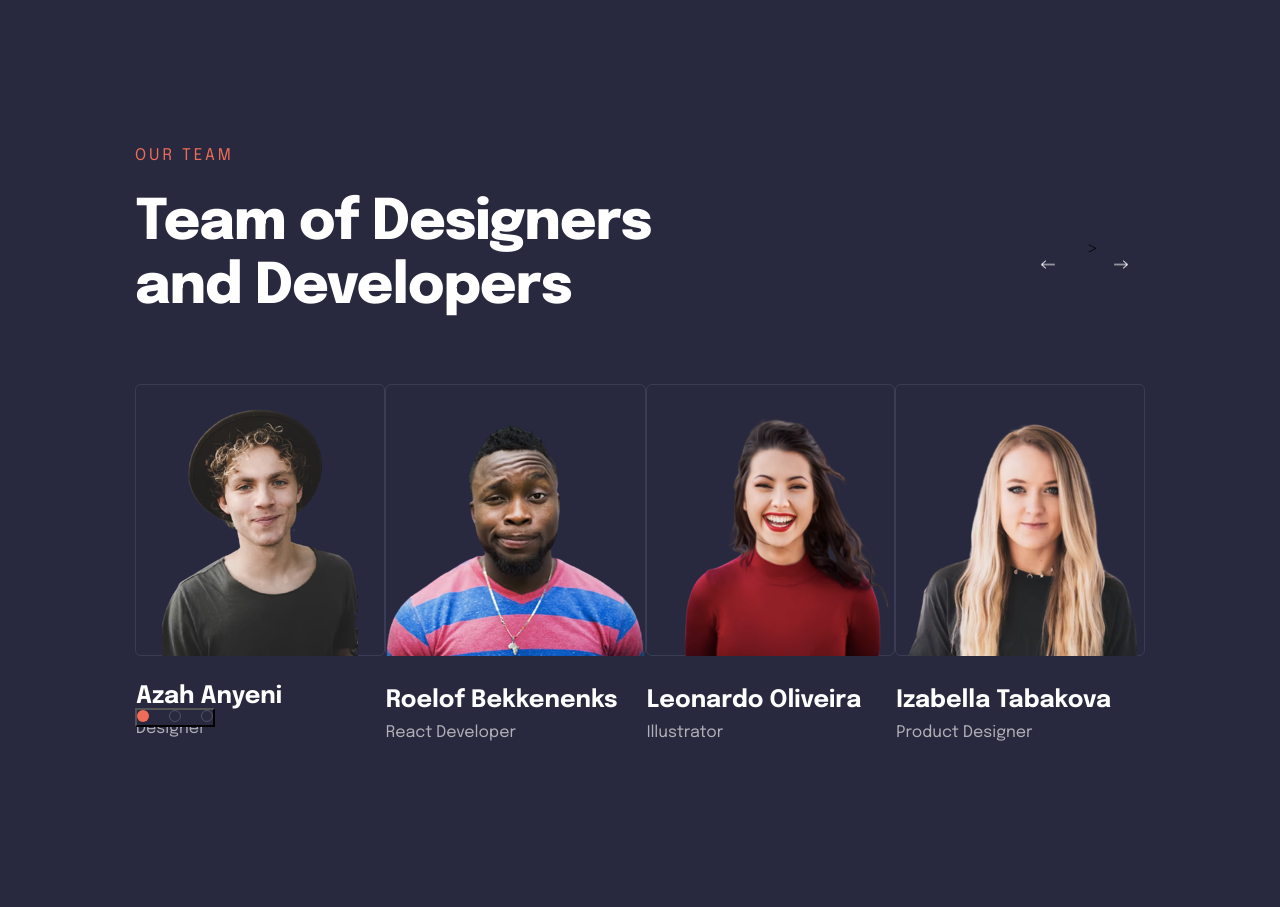
Repository: NatiqSamiyev/next-figma-project
Page: index.html
An editor plug-in stored every save of this project. The page is shown before and after a run of saves, followed by the edit.
The browser window is 1280 px wide. The pictures show the whole page.

Above is the page before, as saved 2023-08-21 15:34:15.

### index.html
<!DOCTYPE html>
<html lang="en">
<head>
    <meta charset="UTF-8">
    <meta name="viewport" content="width=device-width, initial-scale=1.0">
    <title>Document</title>
    <link rel="stylesheet" href="index.css">
</head>
<body>

    <div class="container">
        <div class="top-container">

            <div class="left">
                <h1>Our Team</h1>
                <h2>
                    Team of Designers
                    and Developers
                </h2>

            </div>

            <div class="right">

                    <button class="btn-1">
                        <img src="./image/Path.png" alt="">
                    </button>


              >
                    <button class="btn-2">
                        <img src="./image/Path (1).png" alt="">
                    </button>


            </div>
        </div>


        <div class="image-box">
            <ul>
                <li class="first-child">
                    <img src="./image/Bitmap.svg" alt="">
                    <h3>Azah Anyeni</h3>
                    <p>Designer</p>
                </li>

                <li class="nth-child(2)">
                    <img src="./image/Bitmap (1).svg" alt="">
                    <h3>Roelof Bekkenenks</h3>
                    <p>React Developer</p>
                </li>

                <li class="nth-child(3)">
                    <img src="./image/Bitmap (2).svg" alt="">
                    <h3>Leonardo Oliveira</h3>
                    <p>Illustrator</p>
                </li>

                <li class="last-child">
                    <img src="./image/Bitmap (3).svg" alt="">
                    <h3>Izabella Tabakova</h3>
                    <p>Product Designer</p>
                </li>
            </ul>

        </div>

        <div class="bottom-container">
            <button>
                <img src="./image/pins.svg" alt="">
            </button>

        </div>


</body>
</html>

### index.css
@import url('https://fonts.googleapis.com/css2?family=Epilogue:wght@400;700;800&display=swap');
*{
    margin: 0;
    padding: 0;
    box-sizing: border-box;
}

.container{
    width: 100%;
    padding: 140px 135px 180px 135px;
    background-color: #28293E;

}

.top-container{
    display: flex;
    justify-content: space-between;

}

.left{
    width: 531px;
}

.left h1{
    color: var(--text-light-accent, #EF6D58);
    font-feature-settings: 'clig' off, 'liga' off;
    font-family: Epilogue;
    font-size: 16px;
    font-style: normal;
    font-weight: 400;
    line-height: 32px;
    letter-spacing: 3px;
    text-transform: uppercase;

}

.left h2{
    color: var(--text-light, #FFF);
    font-feature-settings: 'clig' off, 'liga' off;
    font-family: Epilogue;
    font-size: 56px;
    font-style: normal;
    font-weight: 800;
    line-height: 64px;
    letter-spacing: -1px;
    margin-top: 20px;

}

.right{
    display: flex;
    margin-top: 100px;
}

.right .btn-1{
    margin-right: 16px;


}

.right button{
    border: none;
    border-radius: 25px;
    width: 48px;
    height: 48px;
    background-color: #28293E;
}


.right  img{
    width: 14.001px;
    height: 9.001px;
    fill: #FFF;
}



.image-box{
    width: 100%;
    margin-top: 64px;
}

.image-box ul{
    display: flex;
    justify-content: space-between;
}

.image-box ul li{
    list-style-type: none;
    width: 270px;
    height: 272px;
    border-radius: 6px;
    border: 1px solid #3A3C56;
}

li:first-child img {
    width: 196px;
    height: 247px;
    display: flex;
    margin: auto;
    margin-top: 24px;
}

li:nth-child(2) img{
    width: 259px;
    height: 232px;
    margin-top: 39px;
}

li:nth-child(3) img{
    width: 205px;
    height: 238px;
    margin-left: 37px;
    margin-top: 33px;
}

.last-child img{
    width: 230px;
    height: 233px;
    margin-top: 38px;
    margin-left: 12px;
}


.image-box ul li h3{
    margin-top: 25px;
    color: var(--text-light, #FFF);
    font-feature-settings: 'clig' off, 'liga' off;
    font-family: Epilogue;
    font-size: 24px;
    font-style: normal;
    font-weight: 700;
    line-height: 32px;
}

.image-box ul li p{
    color: var(--text-light-gray, rgba(255, 255, 255, 0.64));
    font-feature-settings: 'clig' off, 'liga' off;
    font-family: Epilogue;
    font-size: 16px;
    font-style: normal;
    font-weight: 400;
    line-height: 32px;
}

.bottom-container{
    margin-top: 52px;


}

.bottom-container button{

    background: #28293E;




}

.bottom-container button img{
    width: 76px;
    height: 12px;



}

After the next 3 saves:
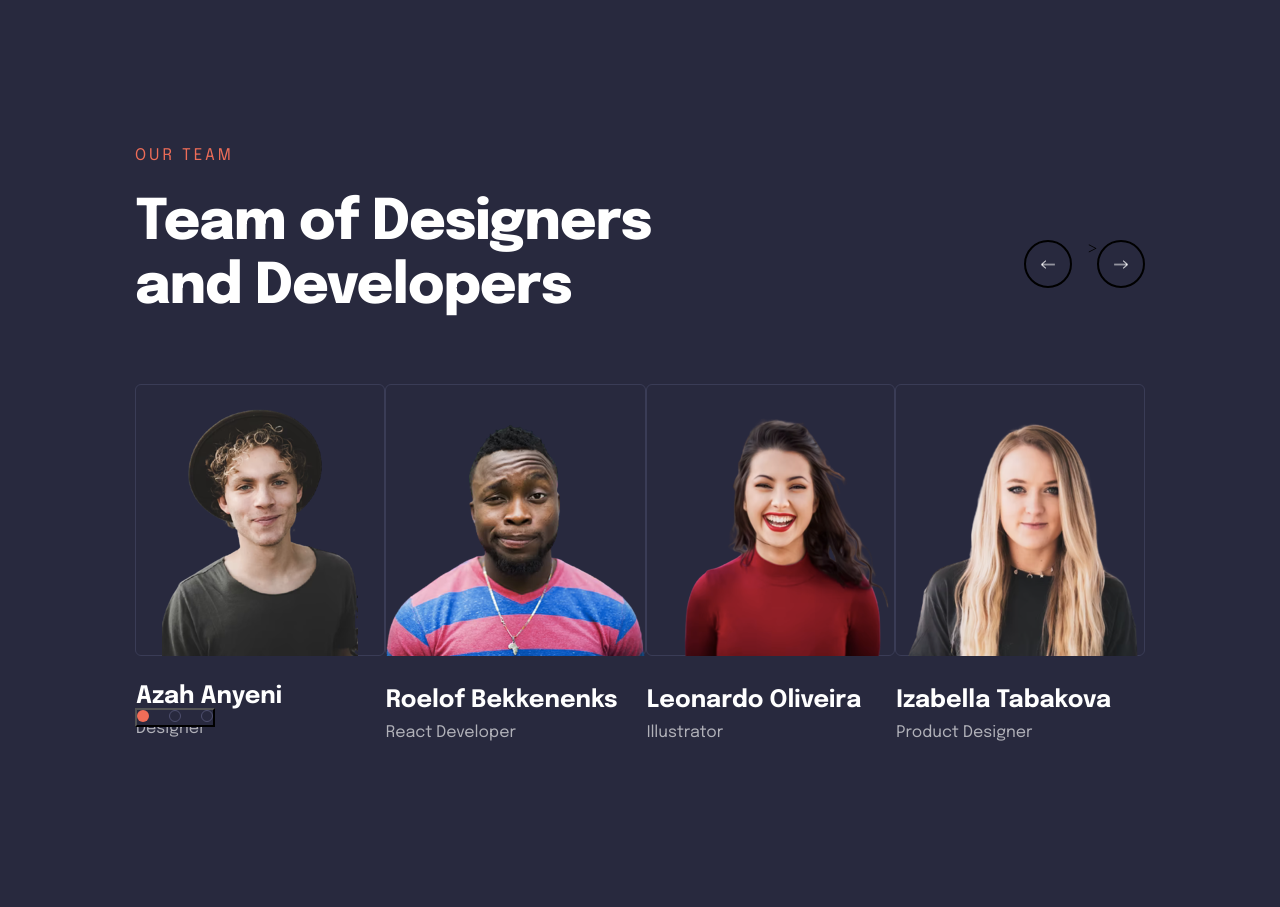
The 3 saves are shown as one change because they came seconds apart.
The last was saved 64 s later.
--- a/index.css
+++ b/index.css
@@ -61,6 +61,7 @@
 
 .right button{
     border: none;
+    border:  2px solid ;
     border-radius: 25px;
     width: 48px;
     height: 48px;
